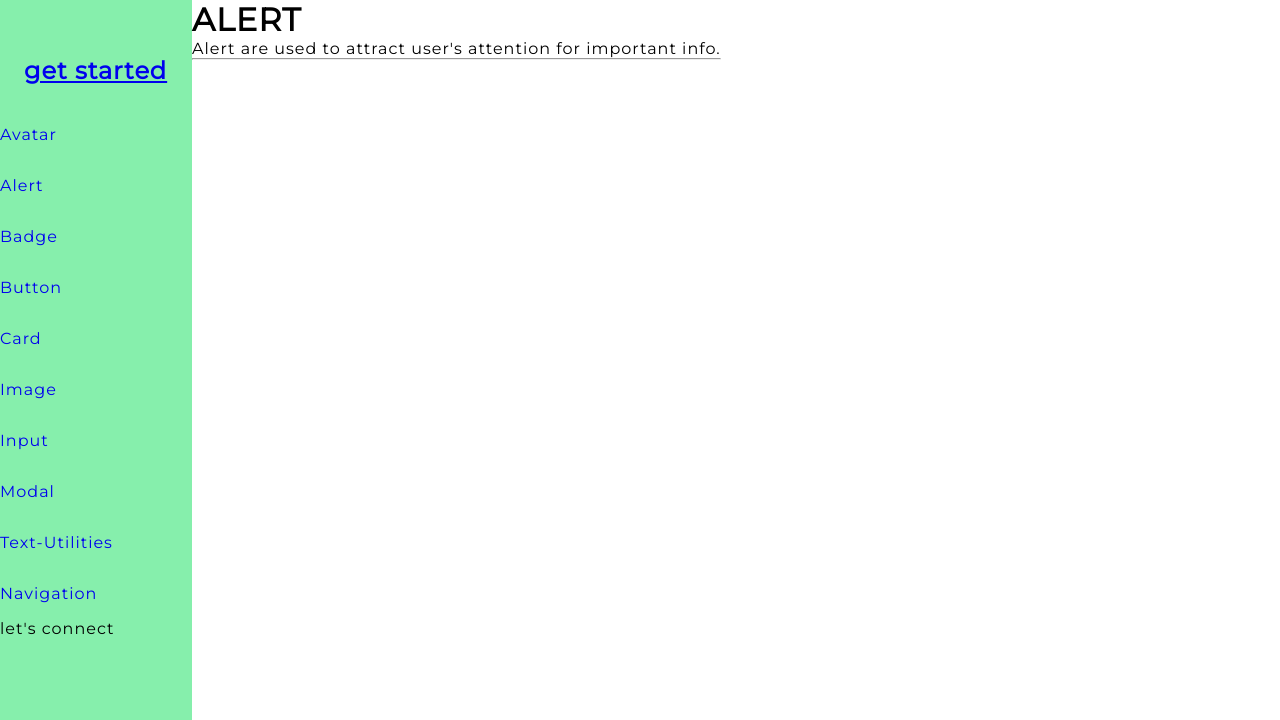
Repository: Anasooya2601/Components_UI
Page: components/Alert/Alert.html
An editor plug-in stored every save of this project. The page is shown before and after the next save, followed by the edit.
The browser window is 1280 px wide. The pictures show the whole page.

Above is the page before, as saved 2022-02-12 10:20:56.
Not found: components/
Not found: components/Avatar/index.css

After the next save:
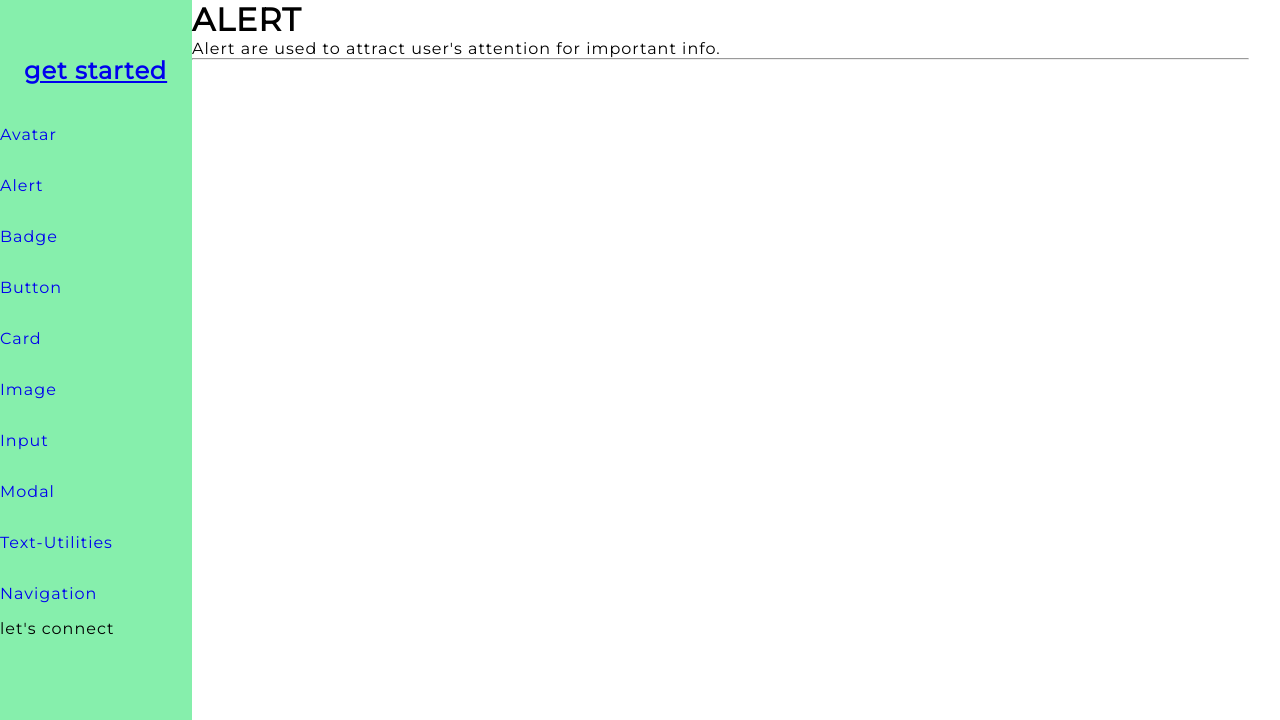
Saved 18 s later.
--- a/components/Alert/Alert.css
+++ b/components/Alert/Alert.css
@@ -1,5 +1,5 @@
 hr{
-width:100%;
+width:200%;
 text-align:left;
 margin-left:0;
 }
